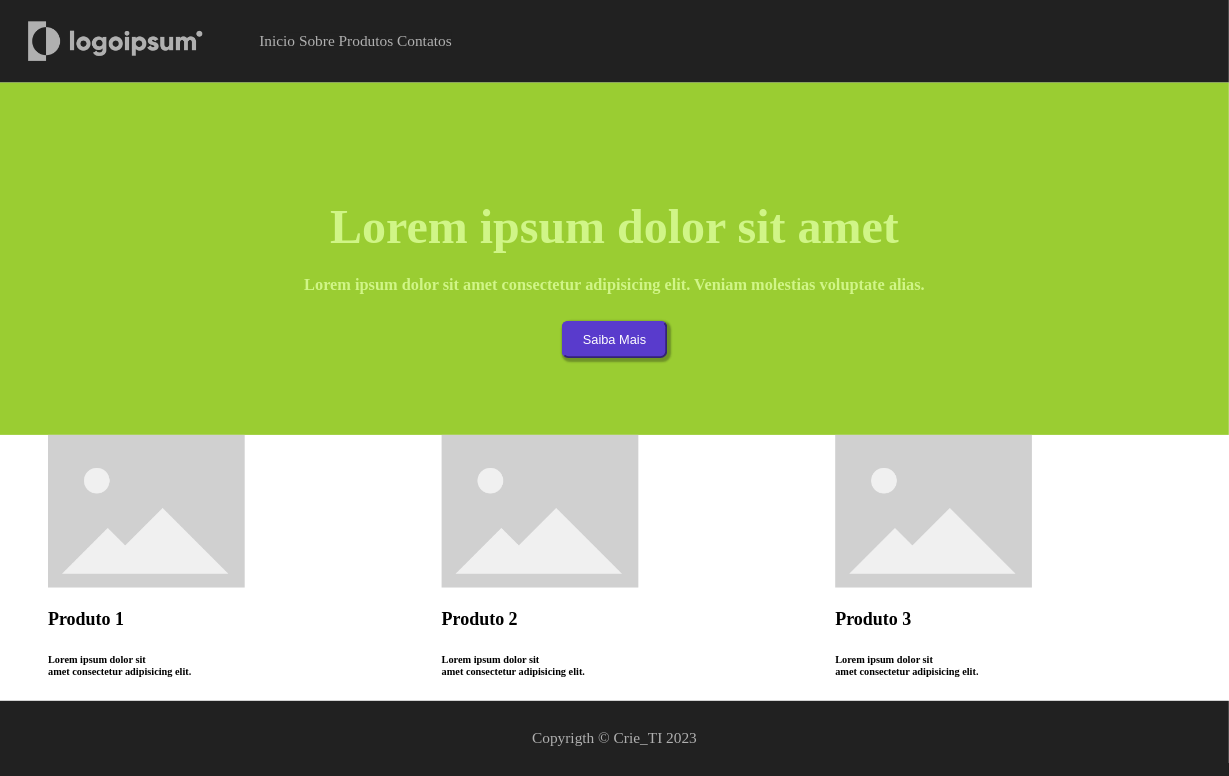
Repository: robsonwssantos/Projeto_Olaria
Page: Exercicios/ex.01/index.html
An editor plug-in stored every save of this project. The page is shown before and after the next save, followed by the edit.
The browser window is 1280 px wide. The pictures show the whole page, at 96% of full size.

Above is the page before, as saved 2023-04-21 12:52:41.

After the next save:
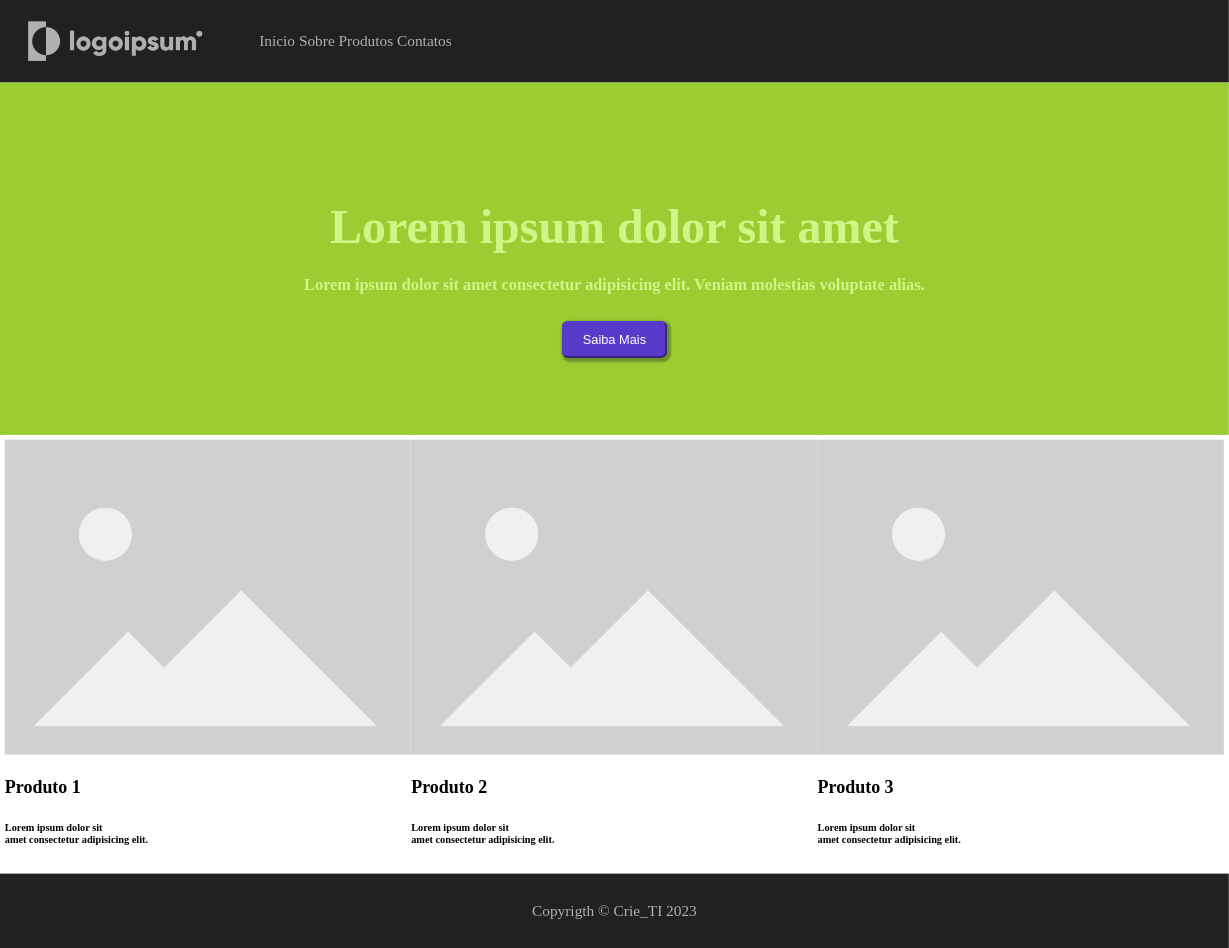
Saved 103 s later.
--- a/Exercicios/ex.01/index.html
+++ b/Exercicios/ex.01/index.html
@@ -76,12 +76,12 @@
 
         .container {
             display: flex;
-            align-items: center;
-            margin-left: 50px;
+            flex: 1;
+            margin: 5px;
         }
 
         .container img {
-            width: 50%;
+            width: 100%;
 
         }
 
